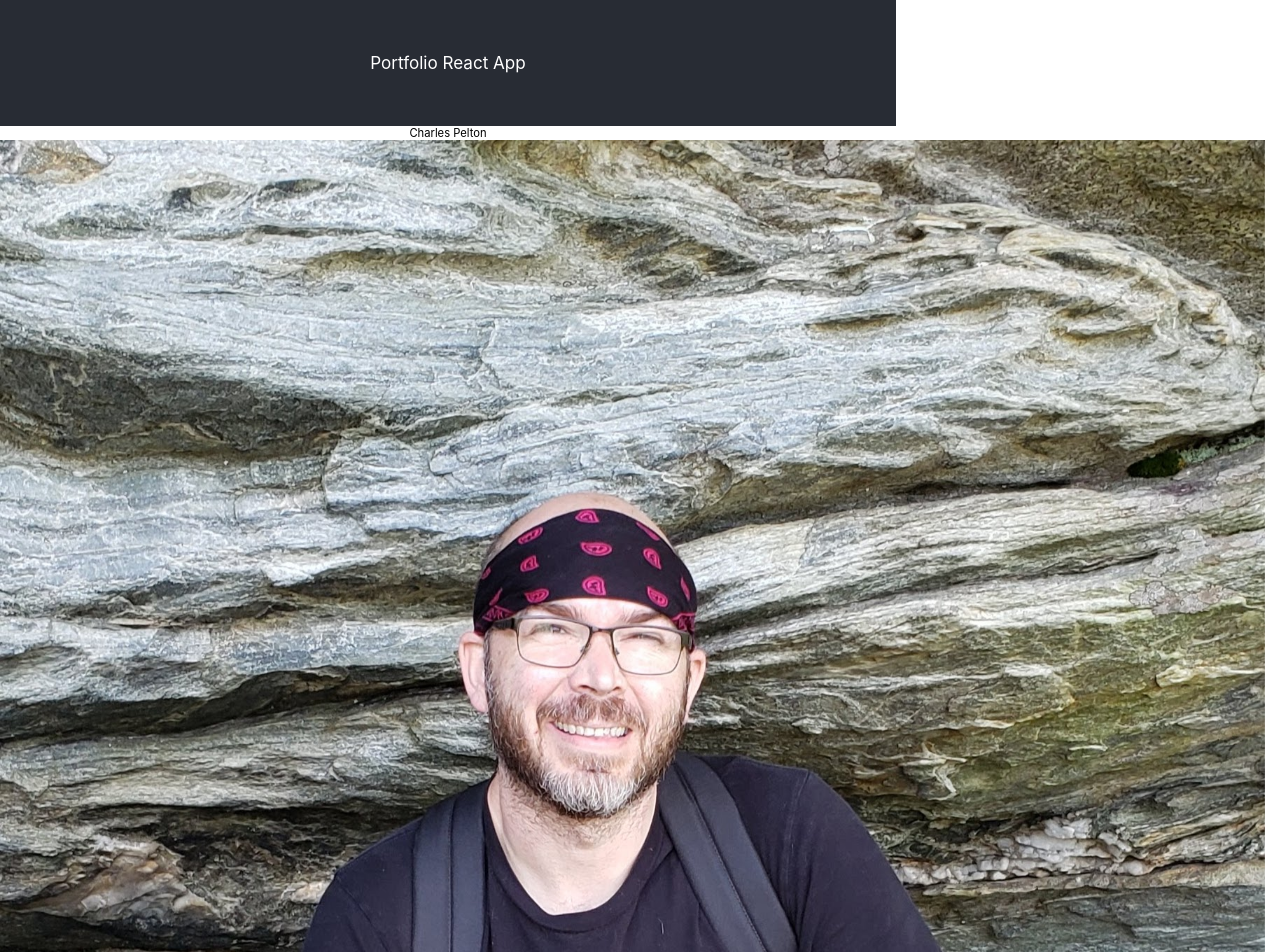
Repository: charliejp0311/PortfolioPage
Page: / (app in portfolio/)
The author's editor kept a copy of each file at every save. The page is drawn from the files as they stood at one save, then again after the next save.
The browser window is 1280 px wide. The page is 1807 px wide, then 1280 px, so the pictures cover 1807 px, including what lies to the right of the window. The pictures show the part of the page from y = 0 to 1360 px (the page is 2806 px tall before and 720 px after), at 70% of full size.
The project was rebuilt for these pictures with package versions that can differ from the ones it lists, and the page was loaded fresh each time.

Above is the page before, as saved 2020-12-03 19:17:43.

After the next save:
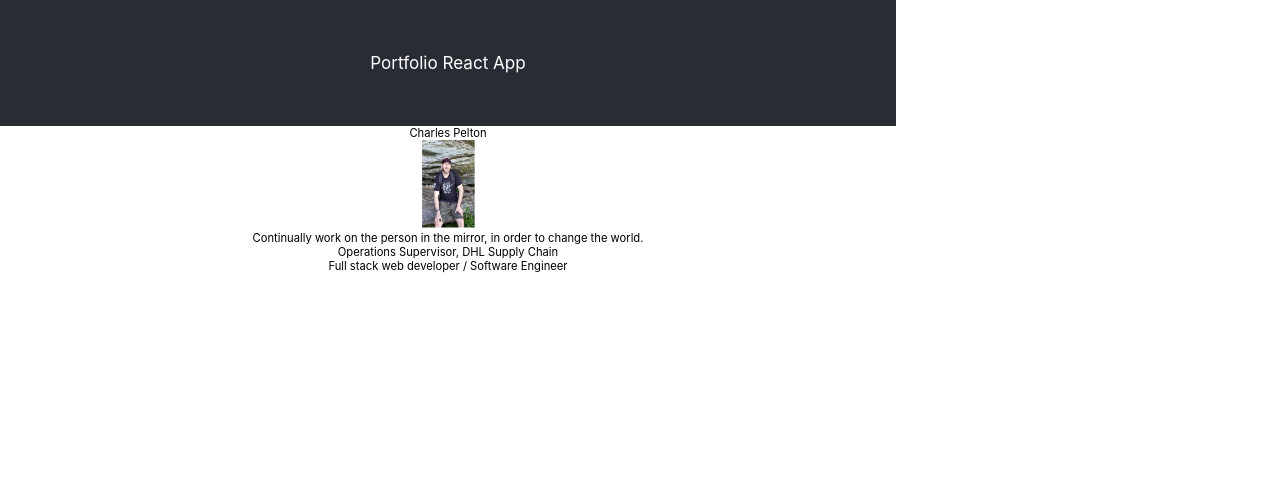
Saved 4 min 7 s later.
--- a/portfolio/src/components/me.js
+++ b/portfolio/src/components/me.js
@@ -12,7 +12,7 @@ class Me extends Component{
         return(
             <div id="me">
                 {this.state.name}<br />
-                <img src={portfolioPic} alt='Me' /><br />
+                <img src={portfolioPic} alt='Me' width='75' height='125' /><br />
                 {this.state.moto}<br />
                 {this.state.career}<br />
                 {this.state.aspiration}
